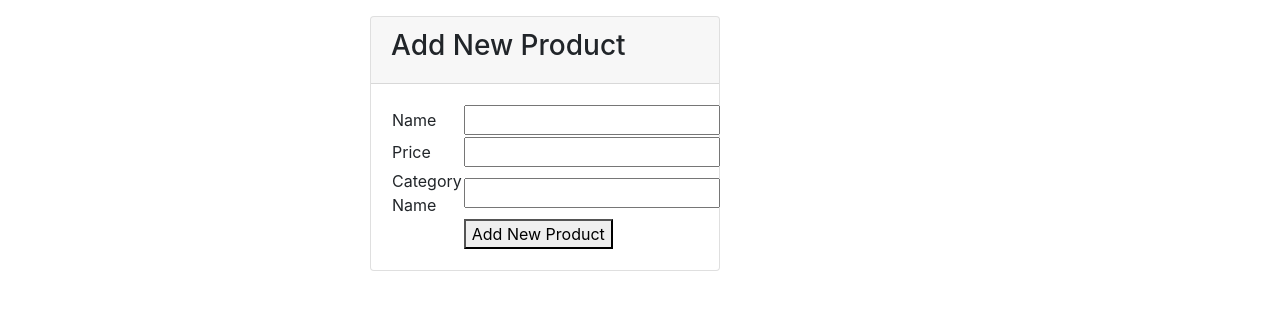
Repository: HsuMon123/Testing-Java-EE
Page: http://localhost/04-jsp-java-bean/
An editor plug-in stored every save of this project. The page is shown before and after the next save, followed by the edit.
The browser window is 1280 px wide. The pictures show the whole page.
The page is served by Tomcat 9.

Above is the page before, as saved 2020-12-17 11:59:21.

After the next save:
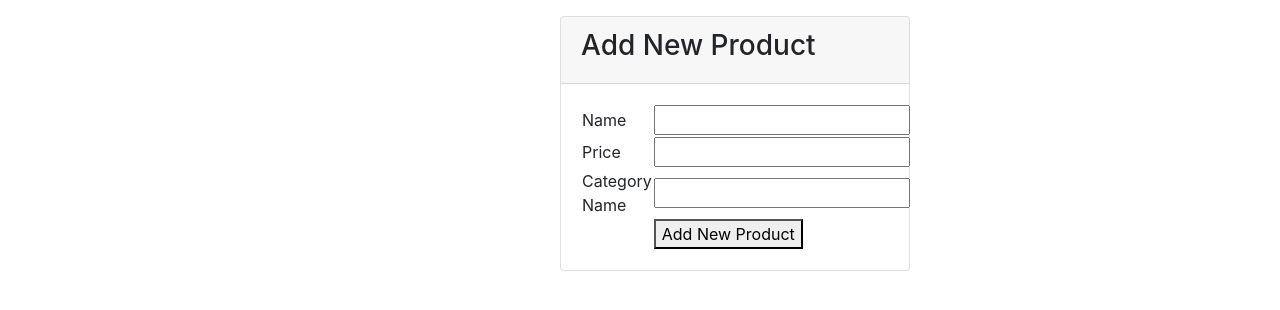
Saved 13 s later.
--- a/04-jsp-java-bean/src/main/webapp/index.jsp
+++ b/04-jsp-java-bean/src/main/webapp/index.jsp
@@ -14,7 +14,7 @@
 
 	<div class="container">
 		<div class="row mt-3">
-			<div class="col-4 offset-3">
+			<div class="col-4 offset-5">
 				<div class="card">
 				<div class="card-header">
 					<h3>Add New Product</h3>
